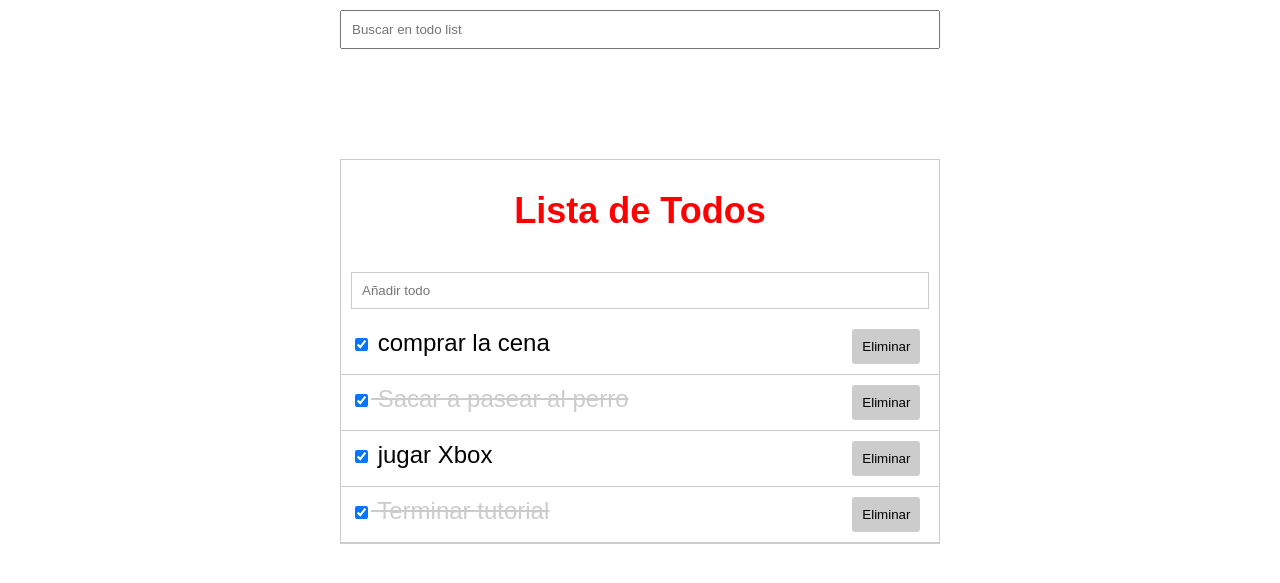
Repository: MauriVaz/Primer-app-con-Vue
Page: /
The author's editor kept a copy of each file at every save. The page is drawn from the files as they stood at one save, then again after the next save.
The browser window is 1280 px wide. The pictures show the whole page.
The project was rebuilt for these pictures with package versions that can differ from the ones it lists, and the page was loaded fresh each time. Also part of the build but not shown: vue.config.js.

Above is the page before, as saved 2022-12-28 22:04:47.

### public/index.html
<!DOCTYPE html>
<html lang="">
  <head>
    <meta charset="utf-8">
    <meta http-equiv="X-UA-Compatible" content="IE=edge">
    <meta name="viewport" content="width=device-width,initial-scale=1.0">
    <link rel="icon" href="<%= BASE_URL %>favicon.ico">
    <title><%= htmlWebpackPlugin.options.title %></title>
  </head>
  <body>
    <noscript>
      <strong>Por favor activa Javascript</strong>
    </noscript>
    <div id="app"></div>
    <!-- built files will be auto injected -->
  </body>
</html>

### src/App.vue
<template>
  <div>
    <div id="header">
      <Search v-on:query-change="querySearch" />
    </div>

    <div id="main-container">
      <h2>Lista de Todos</h2>
      <TodoAdd v-on:add-todo="addTodo"/>
      <Todos v-bind:todoslist="copyTodos" v-on:delete-todo="deleteTodo" />
    </div>
  </div>
</template>

<script>
//import HelloWorld from './components/HelloWorld.vue'
import Search from './components/Search';
import Todos from './components/Todos';
import TodoAdd from './components/TodoAdd';

export default {
  name: 'App',
  components: {
    Todos, TodoAdd, Search
  },
  methods: {
    deleteTodo(id){
      this.todos = this.todos.filter(todo => todo.id != id);
      this.copyTodos = [...this.todos];
    },
    addTodo(todo){
      this.todos.push(todo);
      this.copyTodos = [...this.todos];
    },
    querySearch(query){
      if(query.trim() === ''){
        this.copyTodos = [...this.todos];
      }else{
        const temp = this.todos.filter(todo =>{
          return todo.title.includes(query)
        });

        this.copyTodos = [...temp];
      }
    }
  },
  data(){
    return {
      todos: [
        {
          id: 0,
          title:  'comprar la cena',
          completed: false
        },
        {
         id: 1,
         title: 'Sacar a pasear al perro',
         completed: true
       },
       {
         id: 2,
         title: 'jugar Xbox',
         completed: false
       },
       {
         id: 3,
         title: 'Terminar tutorial',
         completed: true
       }
      ],
      copyTodos: []
    }
  },
  created(){
    this.copyTodos = [...this.todos];
  }
}
</script>

<style>
  *{
    box-sizing: border-box;
  }

  body{
    font-family: Arial, Helvetica, sans-serif;
    font-size: 1.5em;
    padding: 0;
    margin: 0;
  }

  #main-container{
    border: solid 1px #ccc;
    width: 600px;
    margin: 100px auto;
  }

  #header{
    background: rgba(255, 123, 15, .005);
    padding: 10px;
  }

  h2{
    padding: 0 10px;
    text-align: center;
    color:red
  }
</style>

### src/components/Search.vue
<!-- eslint-disable vue/multi-word-component-names -->
<template>
    <div id="search-container">
        <input type="text" placeholder="Buscar en todo list" v-model="query" v-on:input="$emit('query-change', query)">
    </div>
</template>

<script>
export default {
    // eslint-disable-next-line vue/multi-word-component-names
    name: 'Search',
    data(){
        return {
            query: ''
        }
    }
}
</script>

<style scoped>
    #search-container{
        width: 600px;
        margin: 0 auto;
    }

    input{
        padding: 10px;
        width: 100%;
        outline: none;
    }
</style>

### src/components/Todos.vue
<template>
    <div>
        <div v-bind:key="todo.id" v-for="todo in todoslist">
            <TodoItem v-bind:todo="todo" v-on:delete-todo="$emit('delete-todo', todo.id)" />
        </div>
    </div>
</template>

<script>
import TodoItem from './TodoItem';

    export default {
        // eslint-disable-next-line vue/multi-word-component-names
        name: 'Todos',
        props: ['todoslist'],
        components:{TodoItem}
    }
</script>

<style>
</style>

### src/components/TodoAdd.vue
<template>
    <div id="add-container">
        <form @submit="addTodo">
            <input type="text" placeholder="Añadir todo" v-model="title">
        </form>
    </div>
</template>

<script>
import { uuid } from 'vue-uuid';

export default {
    name: 'TodoAdd',
    data(){
        return {
            title: ''
        }
    },
    methods:{
        addTodo(e){
            e.preventDefault();

            const newTodo = {
                id: uuid.v4(),
                title: this.title.charAt(0).toLocaleUpperCase()
                + this.title.toLocaleLowerCase().substring(1, this.title.length),
                completed: false
            };

            this.title = '';
            this.$emit('add-todo', newTodo);
        }
    }
}
</script>

<style scoped>
    #add-container{
        padding: 10px;
    }
    input{
        padding: 10px;
        outline: none;
        border: solid 1px #ccc;
        width: 100%;
    }
</style>

### src/components/TodoItem.vue
<template>
    <div class="todo" v-bind:class="{completed: todo.completed}">
        <div class="todo-body" >
            <input type="checkbox"
                v-bind:checked="todo.completed ? 'checked': ''"
                v-on:change="checkTodo">
            {{todo.title}}
        </div>

        <div class="todo-actions">
            <button @click="$emit('delete-todo', todo.id)">Eliminar</button>
        </div>
    </div>
</template>

<script>
    export default {
        name: 'TodoItem',
        props: ['todo'],
        methods: {
            checkTodo(){
                // eslint-disable-next-line vue/no-mutating-props
                this.todo.completed =! this.todo.completed;
            }
        }
    }
</script>

<style scoped>
    .todo{
        border-bottom: solid 1px #ccc;
        padding: 10px;
    }

    .todo:not(.completed):hover{
        background-color: #eee;
    }

    .completed{
        color: #ccc;
        text-decoration: line-through;
    }
    .completed .todo-body{
        text-decoration: line-through;
    }

    .todo-body, .todo-actions{
        display: inline-block;
        vertical-align: top;
    }

    .todo-body{
        width: 85%;
    }
    .todo-actions{
        padding: 0 10px;
        width: 10%;
    }

    button{
        border: none;
        border-radius: 3px;
        padding: 10px;
        background-color: #ccc;
        color: black;
    }
    button:hover{
        background-color: #da2020;
        color: white;
    }
</style>

Loaded but not shown: src/main.js (common file)

After the next save:
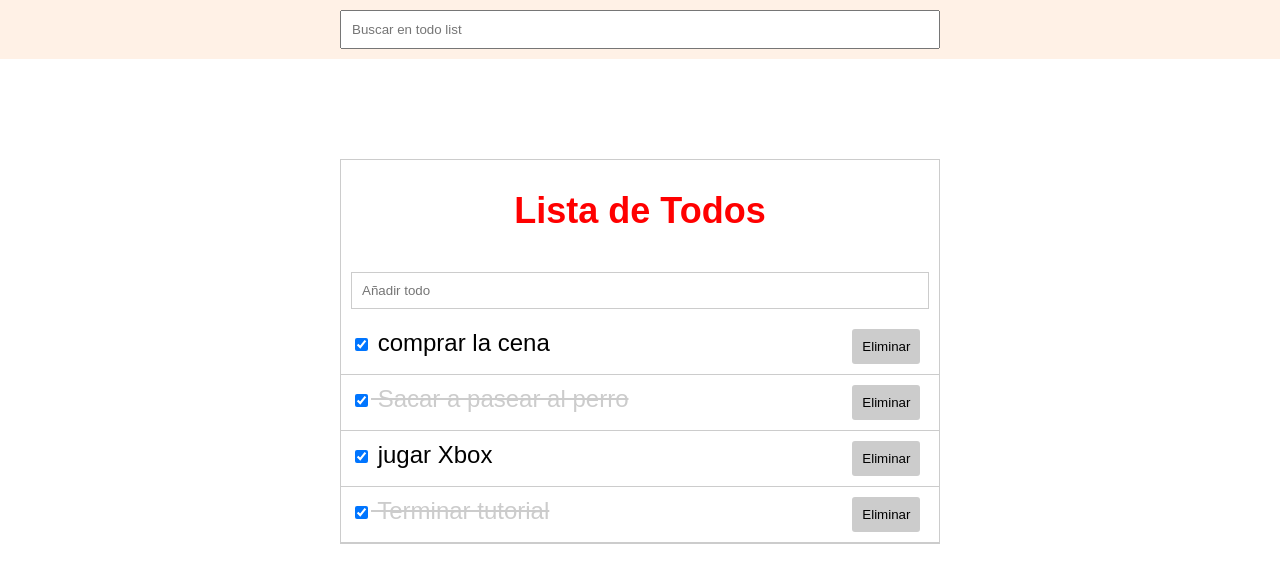
Saved 5 s later.
--- a/src/App.vue
+++ b/src/App.vue
@@ -96,7 +96,7 @@ export default {
   }
 
   #header{
-    background: rgba(255, 123, 15, .005);
+    background: rgba(255, 123, 15, .1);
     padding: 10px;
   }
 
